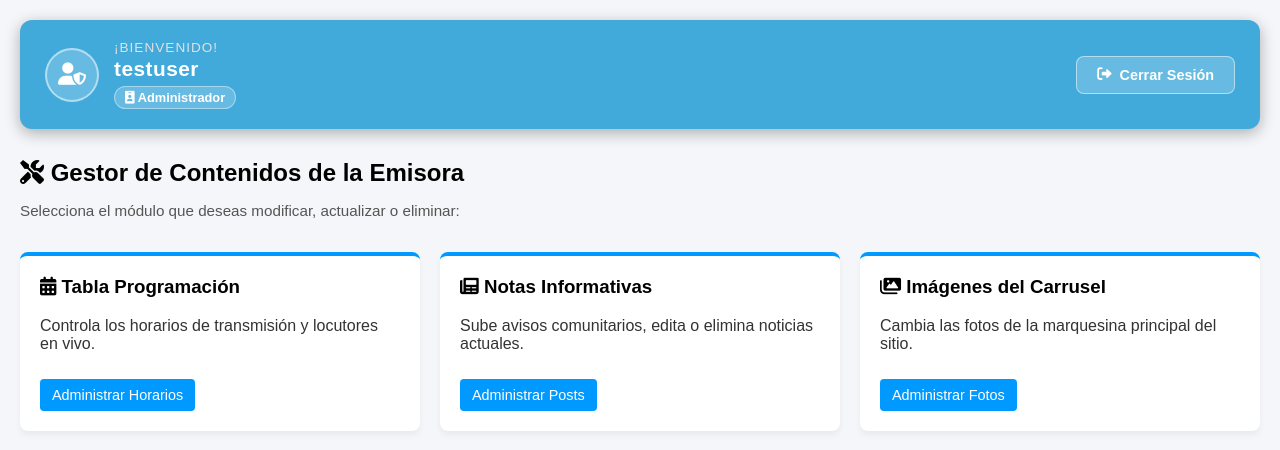
Repository: dalila777-xu/radiopakal1040am
Page: http://localhost/admin.php
These files come from the project's save history. The page is drawn as it stood at one moment and after the next save; the edit follows.
The browser window is 1280 px wide. The pictures show the whole page.
The page is run by PHP 8.4 with error messages shown; the project is at /var/www/html/. The session is filled in as if someone had signed in: {"usuario": "testuser", "nombre": "testuser"}. Other server files are loaded and not shown.

Above is the page before, as saved 2026-07-07 18:17:09.

### admin.php
<?php
session_start();
// Si no hay sesión iniciada, regresarlo al index
if (!isset($_SESSION['usuario'])) {
    header("Location: index.php");
    exit();
}
include("db.php");

// Manejar cierre de sesión desde este mismo archivo (logout)
if (isset($_GET['logout'])) {
    // Destruir toda la sesión y redirigir al index
    $_SESSION = array();
    if (ini_get("session.use_cookies")) {
        $params = session_get_cookie_params();
        setcookie(session_name(), '', time() - 42000,
            $params["path"], $params["domain"],
            $params["secure"], $params["httponly"]
        );
    }
    session_destroy();
    header('Location: index.php');
    exit();
}
?>
<!DOCTYPE html>
<html lang="es">
<head>
    <meta charset="UTF-8">
    <title>Panel de Administración | Radio Pakal</title>
    <link rel="stylesheet" href="https://cdnjs.cloudflare.com/ajax/libs/font-awesome/6.0.0-beta3/css/all.min.css">
    <style>
        body { font-family: sans-serif; background: #f4f6f9; margin: 0; padding: 20px; color: #333; }

        /* ========================================
           BARRA DE BIENVENIDA MODERNA Y ESTÉTICA
        ======================================== */
        .nav-admin {
            background: #41aadb;
            color: white;
            padding: 20px 25px;
            border-radius: 12px;
            display: flex;
            justify-content: space-between;
            align-items: center;
            margin-bottom: 30px;
            box-shadow: 0 4px 15px rgba(0, 0, 0, 0.3);
        }
        .user-info {
            display: flex;
            align-items: center;
            gap: 15px;
        }
        .avatar-icon {
            background: rgba(255, 255, 255, 0.2);
            width: 50px;
            height: 50px;
            border-radius: 50px;
            display: flex;
            justify-content: center;
            align-items: center;
            font-size: 1.4rem;
            color: white;
            border: 2px solid rgba(255, 255, 255, 0.5);
        }
        .welcome-text {
            font-size: 0.85rem;
            text-transform: uppercase;
            letter-spacing: 1px;
            color: #e0e0e0;
            display: block;
            margin-bottom: 2px;
        }
        .user-name {
            margin: 0;
            font-size: 1.3rem;
            font-weight: 600;
            letter-spacing: 0.5px;
        }
        .user-role {
            display: inline-block;
            background: rgba(255, 255, 255, 0.2);
            padding: 3px 10px;
            border-radius: 20px;
            font-size: 0.8rem;
            margin-top: 5px;
            color: white;
            font-weight: bold;
            border: 1px solid rgba(255, 255, 255, 0.4);
        }
        .btn-logout {
            color: white;
            text-decoration: none;
            font-weight: bold;
            background: rgba(255, 255, 255, 0.2);
            padding: 10px 20px;
            border-radius: 8px;
            font-size: 0.9rem;
            transition: all 0.3s ease;
            border: 1px solid rgba(255,255,255,0.5);
            display: flex;
            align-items: center;
            gap: 8px;
        }
        .btn-logout:hover {
            background: rgba(255, 255, 255, 0.3);
            color: white;
            box-shadow: 0 4px 10px rgba(0,0,0,0.2);
            transform: translateY(-2px);
        }

        /* ========================================
           ESTILOS DE MÓDULOS Y CONTENIDO
        ======================================== */
        .grid-modulos { display: grid; grid-template-columns: repeat(auto-fit, minmax(250px, 1fr)); gap: 20px; }
        .card-modulo { background: white; padding: 20px; border-radius: 8px; box-shadow: 0 4px 6px rgba(0,0,0,0.05); border-top: 4px solid #0099FF; }
        .card-modulo h3 { margin-top: 0; color: #000000; }
        .btn-action { display: inline-block; background: #0099FF; color: white; padding: 8px 12px; text-decoration: none; border-radius: 4px; font-size: 0.9rem; margin-top: 10px; transition: all 0.3s ease; }
        .btn-action:hover { background: #0077CC; box-shadow: 0 4px 8px rgba(0, 153, 255, 0.3); }
    </style>
</head>
<body>

    <div class="nav-admin">
        <div class="user-info">
            <div class="avatar-icon">
                <i class="fas fa-user-shield"></i>
            </div>
            <div>
                <span class="welcome-text">¡Bienvenido!</span>
                <h3 class="user-name">
                    <?php echo htmlspecialchars($_SESSION['nombre'] ?? 'Usuario'); ?>
                </h3>
                <span class="user-role">
                    <i class="fas fa-id-badge"></i> <?php echo htmlspecialchars($_SESSION['rol'] ?? 'Administrador'); ?>
                </span>
            </div>
        </div>
        <a href="?logout=1" class="btn-logout">
            <i class="fas fa-sign-out-alt"></i> Cerrar Sesión
        </a>
    </div>

    <h2 style="color: #000000; margin-bottom: 10px;"><i class="fas fa-tools"></i> Gestor de Contenidos de la Emisora</h2>
    <p style="color: #555; font-size: 0.95rem;">Selecciona el módulo que deseas modificar, actualizar o eliminar:</p>
    <br>

    <div class="grid-modulos">
        <div class="card-modulo">
            <h3><i class="fas fa-calendar-alt"></i> Tabla Programación</h3>
            <p>Controla los horarios de transmisión y locutores en vivo.</p>
            <a href="admin_programacion.php" class="btn-action">Administrar Horarios</a>
        </div>

        <div class="card-modulo">
            <h3><i class="fas fa-newspaper"></i> Notas Informativas</h3>
            <p>Sube avisos comunitarios, edita o elimina noticias actuales.</p>
            <a href="admin_publicaciones.php" class="btn-action">Administrar Posts</a>
        </div>

        <div class="card-modulo">
            <h3><i class="fas fa-images"></i> Imágenes del Carrusel</h3>
            <p>Cambia las fotos de la marquesina principal del sitio.</p>
            <!-- Enlazado al archivo admin_carrusel.php según solicitud -->
            <a href="admin_carrusel.php" class="btn-action">Administrar Fotos</a>
        </div>
    </div>

</body>
</html>

### db.php
<?php
$servername = "localhost";
$username = "root";   // usuario por defecto en XAMPP
$password = "12345678";       // normalmente vacío
$database = "radio_pakal"; // tu base de datos

$conn = mysqli_connect($servername, $username, $password, $database);

if (!$conn) {
    die("Error de conexión: " . mysqli_connect_error());
}
?>

After the next save:
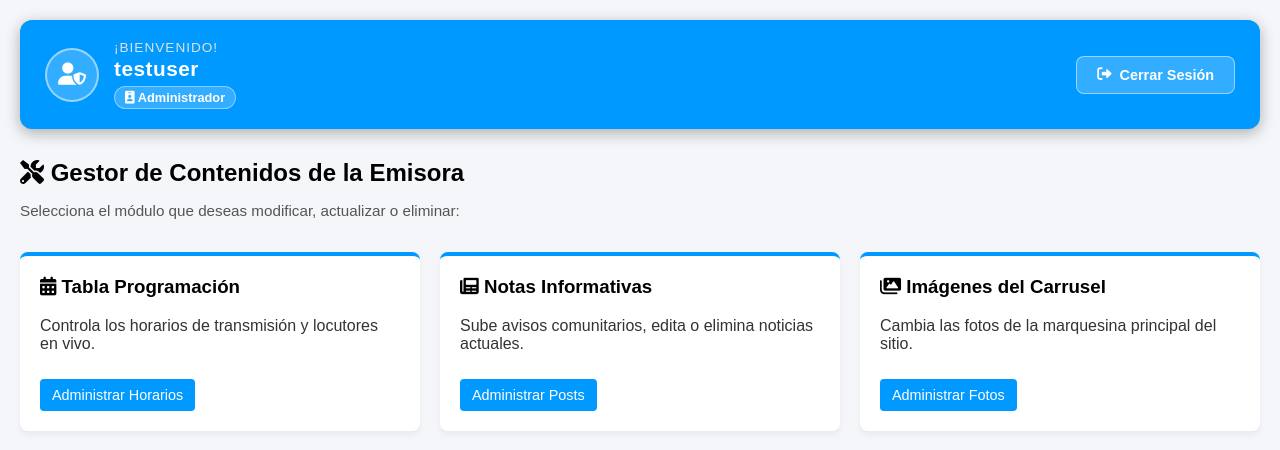
Saved 6 min 54 s later.
--- a/admin.php
+++ b/admin.php
@@ -36,7 +36,7 @@ if (isset($_GET['logout'])) {
            BARRA DE BIENVENIDA MODERNA Y ESTÉTICA
         ======================================== */
         .nav-admin {
-            background: #41aadb;
+            background: #0099FF;
             color: white;
             padding: 20px 25px;
             border-radius: 12px;
